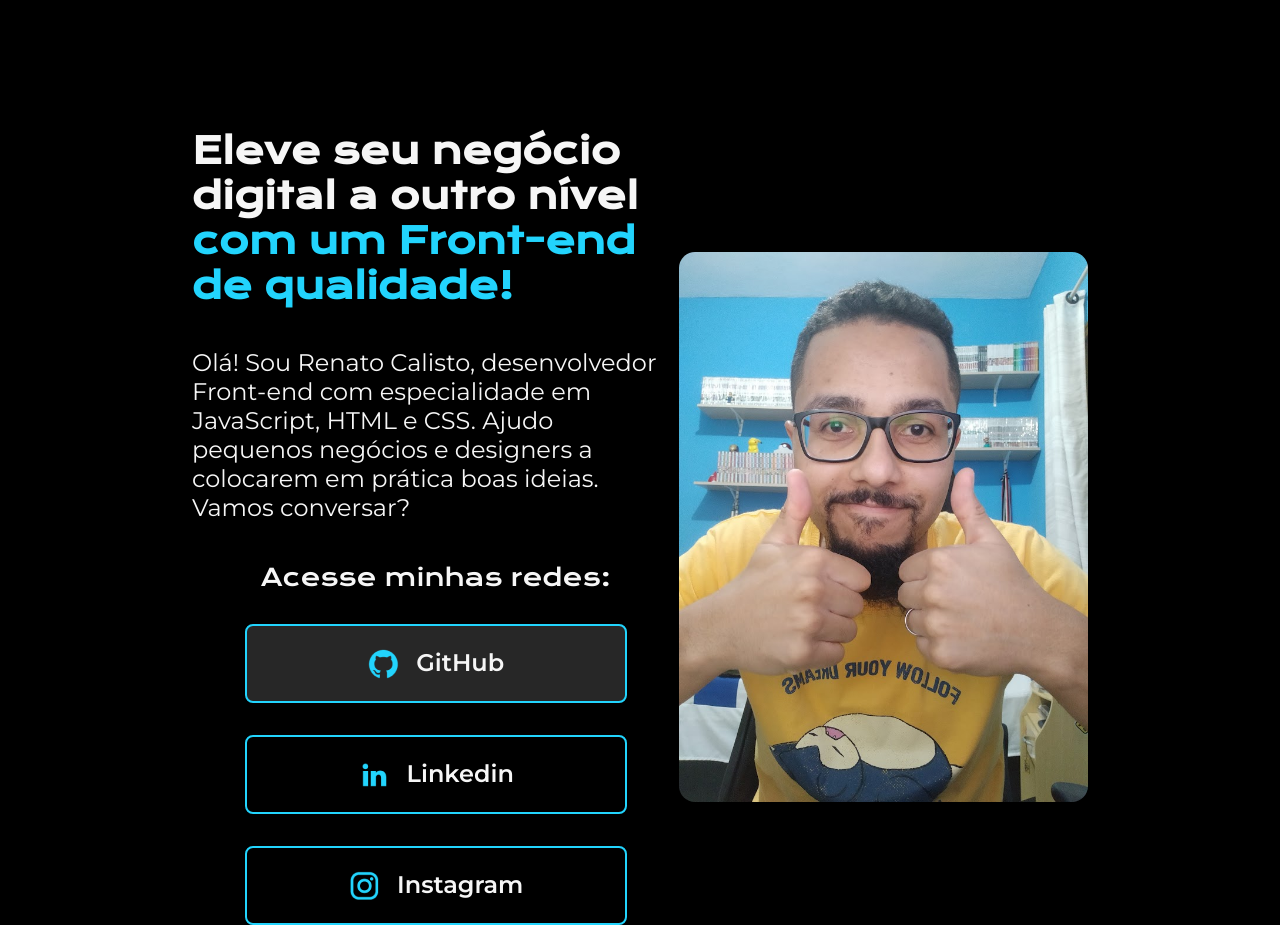
Repository: RenatoCCS/Portfolio_Alura
Page: index.html
The author's editor kept a copy of each file at every save. The page is drawn from the files as they stood at one save, then again after the next save.
The browser window is 1280 px wide. The pictures show the whole page.
The pointer rests on the first visible `.apresentacao__links__link`.

Above is the page before, as saved 2023-02-28 20:25:59.

After the next save:
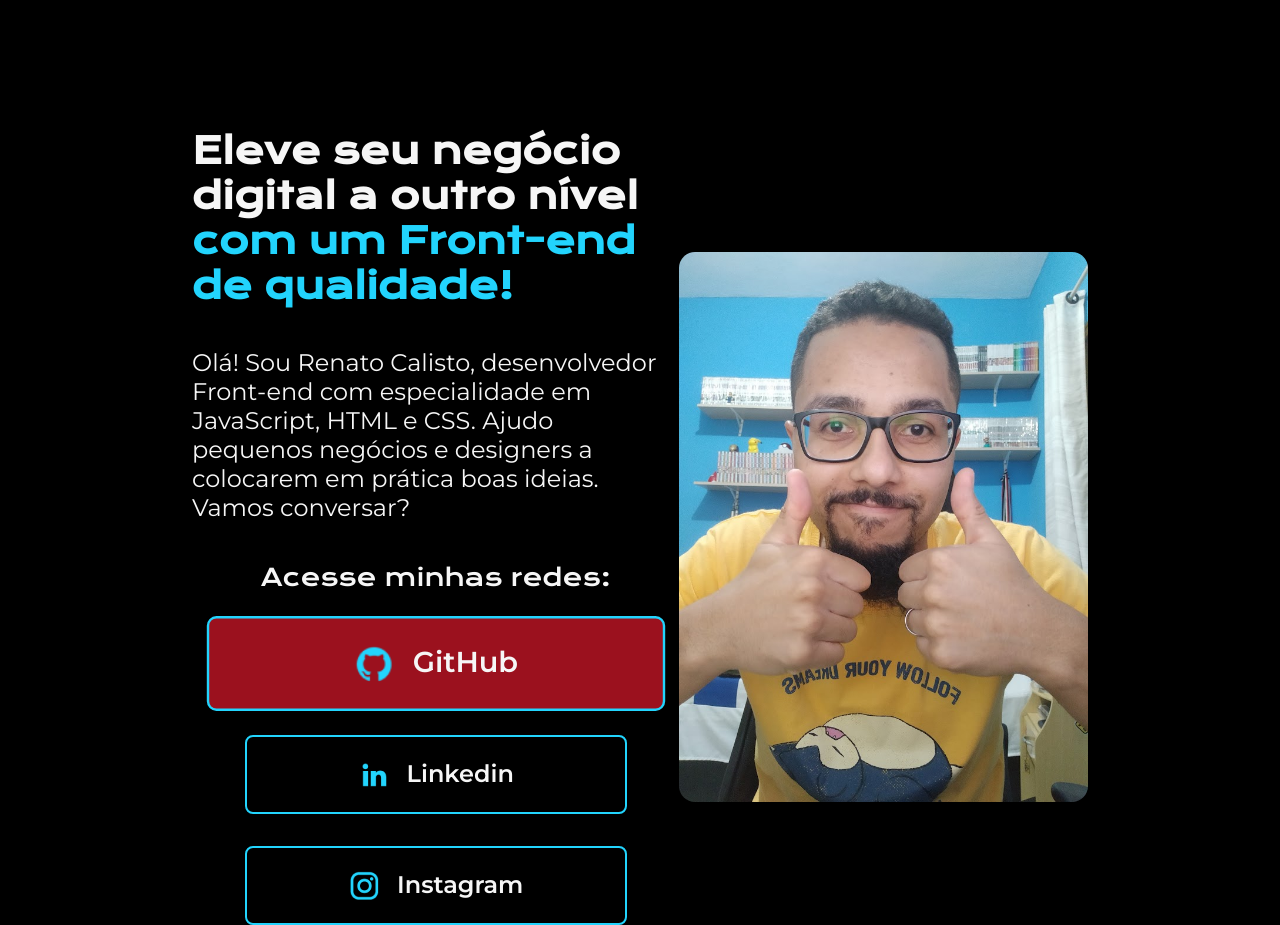
Saved 2 min 38 s later.
--- a/style.css
+++ b/style.css
@@ -83,3 +83,8 @@ body {
   top: 253px;
   border-radius: 16px;
 }
+
+.apresentacao__links__link:hover {
+  background-color: #9b111e;
+  transform: scale(1.2);
+}

After the save that followed:
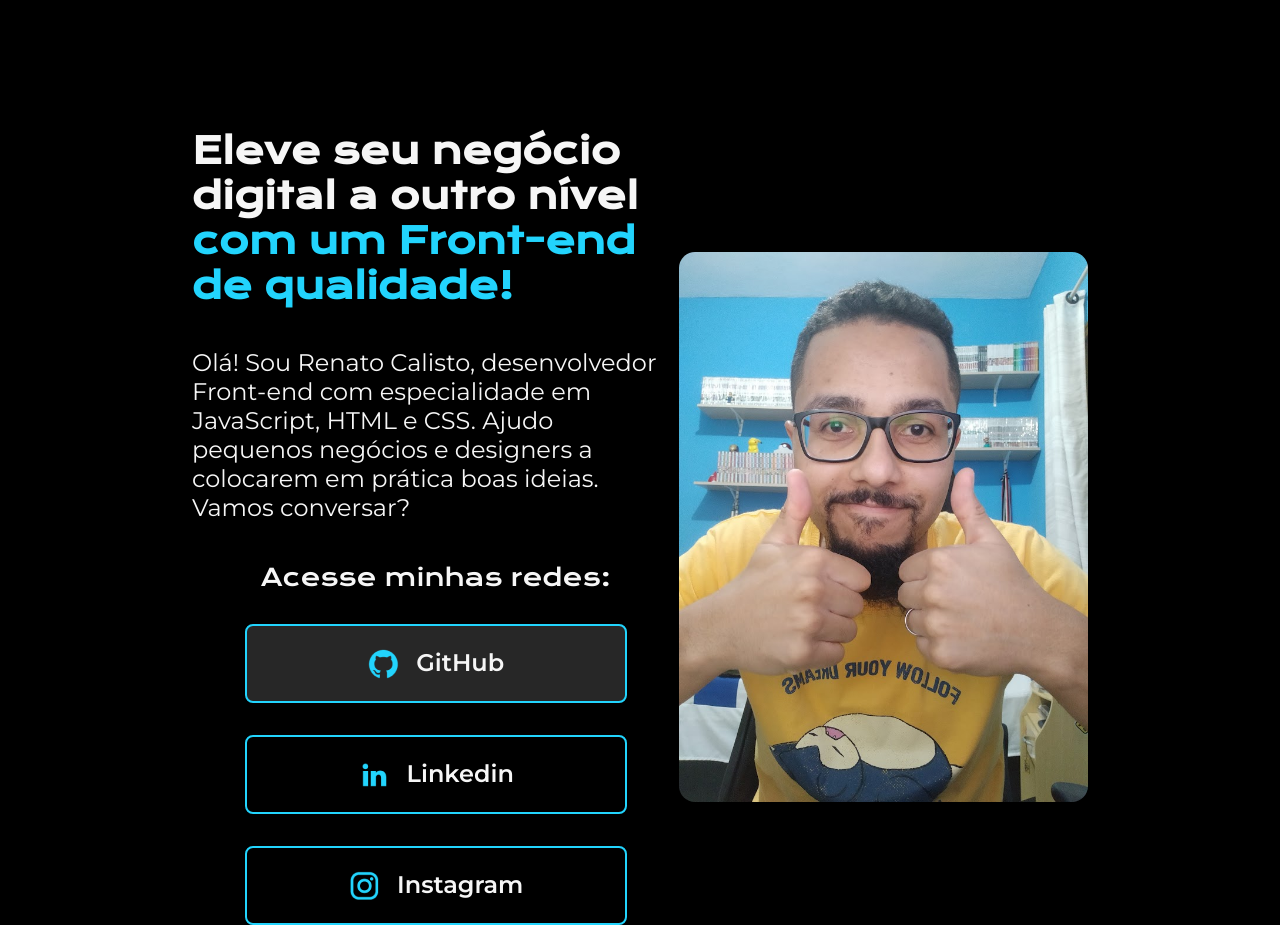
Saved 12 s later.
--- a/style.css
+++ b/style.css
@@ -83,8 +83,3 @@ body {
   top: 253px;
   border-radius: 16px;
 }
-
-.apresentacao__links__link:hover {
-  background-color: #9b111e;
-  transform: scale(1.2);
-}
